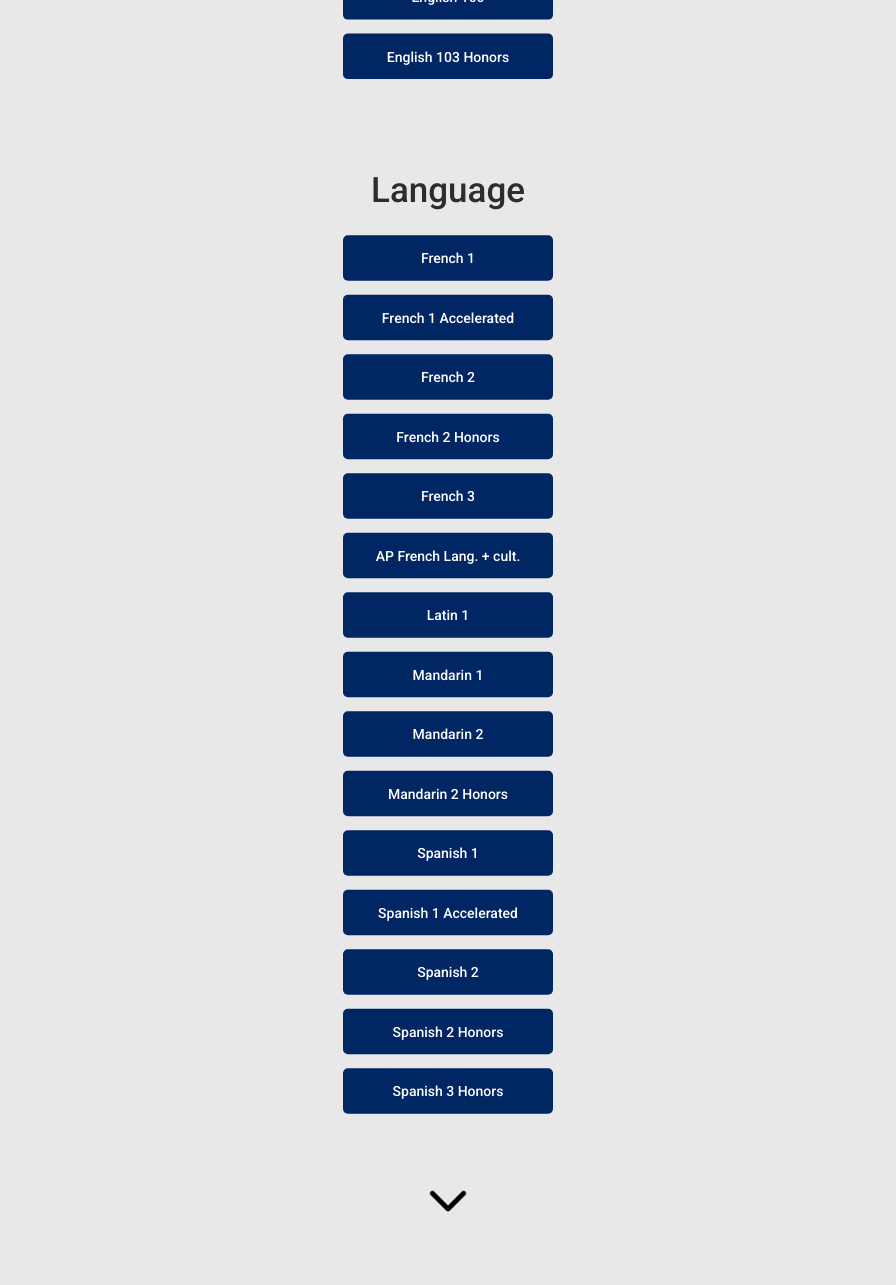
Repository: BuddyBob/si_course_selection
Page: /#/yearTwo
These files come from the project's save history. The page is drawn as it stood at one moment and after the next save; the edit follows.
The browser window is 1280 px wide. The pictures show the part of the page from y = 1070 to 2990 px (the page is 2905 px tall before and 2990 px after), at 70% of full size.
The project was rebuilt for these pictures with package versions that can differ from the ones it lists, and the page was loaded fresh each time. Also part of the build but not shown: src/components/CurrentYear.js, src/getLocalStorage.js, src/Home.js, src/components/AllYears/YearFour.js, src/components/AllYears/YearOne.js, src/components/AllYears/YearThree.js.

Above is the page before, as saved 2023-01-04 10:51:12.

### public/index.html
<!DOCTYPE html>
<html lang="en">
  <head>
    <meta charset="utf-8" />
    <link rel="icon" href="%PUBLIC_URL%/favicon.ico" />
    <meta name="viewport" content="width=device-width, initial-scale=1" />
    <meta name="theme-color" content="#000000" />
    <meta
      name="description"
      content="Web site created using create-react-app"
    />
    <link rel="apple-touch-icon" href="%PUBLIC_URL%/logo192.png" />
    <link rel="manifest" href="%PUBLIC_URL%/manifest.json" />

    <link rel="preconnect" href="https://fonts.googleapis.com">
    <link rel="preconnect" href="https://fonts.gstatic.com" crossorigin>
    <link href="https://fonts.googleapis.com/css2?family=Open+Sans:wght@300;400&family=Roboto:wght@500&display=swap" rel="stylesheet">
    <title>React App</title>
  </head>
  <body>
    <noscript>You need to enable JavaScript to run this app.</noscript>
    <div id="root"></div>

  </body>
</html>

### src/index.js
import App from './App';
import React from 'react';
import ReactDOM from 'react-dom';
import { HashRouter as Router } from 'react-router-dom';

ReactDOM.render(<Router>< App /></Router>, document.getElementById("root"));

### src/App.js
import './index.css'

import {
    Route,
    Routes,
} from "react-router-dom";

import CurrentYear from "./components/CurrentYear";
import Home from "./Home";
import YearFour from "./components/AllYears/YearFour";
import YearOne from "./components/AllYears/YearOne";
import YearThree from "./components/AllYears/YearThree";
import YearTwo from "./components/AllYears/YearTwo";

export default function App() {
    return (
          <Routes>
            <Route  exact path='/' element={<Home/>} />
            <Route  exact path='/currentYear' element={<CurrentYear/>} />
            <Route  exact path='/yearOne' element={<YearOne/>} />
            <Route  exact path='/yearTwo' element={<YearTwo/>} />
            <Route  exact path='/yearThree' element={<YearThree/>} />
            <Route  exact path='/yearFour' element={<YearFour/>} />
          </Routes>
    );
  }

### src/index.css
:root {
  --background:#e8e8e8;
  --main:#002664;
  --secondary:#A61930;
  --highlight:#2D2D2D;
  --text:#2D2D2D;
}

*{
  padding: 0;
  margin: 0;
  box-sizing: border-box;
  cursor: default;
  font-family: 'Open Sans', sans-serif;
  font-family: 'Roboto', sans-serif;
}

body{
  background: var(--background);
  overflow-x: hidden;
}


.main-container{
/* center */
  display: flex;
  flex-direction: column;
  justify-content: center;
  align-items: center;
  width: 100%;
  height: 100%;
  margin: auto;
}

.sub-container{
  display: flex;
  flex-direction: row;
}



.title{
  font-style: normal;
  font-size: 90px;
  color: var(--secondary);
  font-weight: 500px;
  /* center text to page; */
  margin: auto;
  width: 50%;
  text-align: center;
  position: relative;
  top: 100px;


}

@media screen and (max-width: 1150px) {
  .sub-container{
    flex-direction: column;
  }
  .title{
    font-size: 60px;
    width: 80%;
    text-align: center;
  }

}

select {
  border: #002664 1px solid;
  border-radius: 7px;
  background: #002664;
  width: 300px;
  height: 80px;/*Width of select dropdown to give space for arrow image*/
  color: #FFF;
  text-align: center;
  font-size: 25px;
  font-weight: 20px;
  margin: 200px;;

}




.pg1dd{
  display: flex;
  flex-direction: column;
  justify-content: center;
  align-items: center;
  width: 100%;
  height: 100%;
  margin: auto;
  position: relative;
  top: 200px;

}



.arrow1{

  /* center content */
  display: flex;
  flex-direction: column;
  justify-content: center;
  align-items: center;
  position: relative;
  top: 100px

}


.arrow1:hover{
  animation: arrow1 1s infinite;
  color: var(--secondary);
  cursor: pointer;
}

.bounce {
  animation: bounce 3s infinite;
}

@keyframes bounce {
  0%, 20%, 50%, 80%, 100% {
      -moz-transform: translateY(0);
      -ms-transform: translateY(0);
      -webkit-transform: translateY(0);
      transform: translateY(0);
    }
    40% {
      -moz-transform: translateY(-10px);
      -ms-transform: translateY(-10px);
      -webkit-transform: translateY(-10px);
      transform: translateY(-10px);
    }
    40% {
      -moz-transform: translateY(-30px);
      -ms-transform: translateY(-30px);
      -webkit-transform: translateY(-30px);
      transform: translateY(-30px);
    }
    60% {
      -moz-transform: translateY(-15px);
      -ms-transform: translateY(-15px);
      -webkit-transform: translateY(-15px);
      transform: translateY(-15px);
    }
}

### src/components/AllYears/YearTwo.js
import '../courseSelection.css'

import React, {useEffect, useState} from 'react'

import arrow from '../../assets/Arrow 5.png'
import courseData from '../../assets/courses.json'
import { useNavigate } from "react-router-dom";

export default function Yeartwo() {
  let navigate = useNavigate();
  const [grade, setGrade] = useState(localStorage.getItem('grade'));
  let grades = Object.keys(courseData)
  let nextGrade = grades[Object.keys(courseData).indexOf(grade)+1]
  let subjects = courseData[nextGrade].subjects
  let courses = courseData[nextGrade].classes



function courseSelect(e) {
  let userCourse = e.target.innerHTML
  let userSubject = e.target.value


}

function nextPage() {
    //make sure not a senior
  if (grade !== "Junior"){
    navigate("/yearthree");
  }
  else{
    navigate("/ThisIsTheResultsPage");
  }
}

    return (
    <div>
        <div className="Headers">
          <div className="Nav">
            <h1 className="navCourseSelect" >SI COURSE SELECTION</h1>
          </div>
          <h1 className="titleCourseSelect" >All Years - {nextGrade} </h1>
        </div>


        <div className="courseSelect">
          {subjects.map((subject, index) => (
            <div key={index}>
              <h2 className="subject">{subject}</h2>
              <div className="courses">
              {courses[subject].map((course, index) => (
                <div key={index}>
                    <button value={subject} className="course_btn" onClick={(e) => courseSelect(e)}>{course}</button>
                </div>
              ))}
              </div>
            </div>
          ))}
            <input type="image" src={arrow} alt="arrow2" className="arrow2 bounce2" onClick={() => nextPage()}/>
        </div>

    </div>
  )
}

### src/components/courseSelection.css
:root {
    --background:#e8e8e8;
    --main:#002664;
    --secondary:#A61930;
    --highlight:#2D2D2D;
    --text:#2D2D2D;
  }

.Nav{
  background-color: var(--secondary);
  padding: 30px;
}
.navCourseSelect{
  color: var(--background);
  font-weight: 100px;

}
.titleCourseSelect{
    font-style: normal;
    font-size: 70px;
    font-weight: 400;
    color: var(--secondary);

    /* center text to page; */
    margin: auto;
    width: 40%;
    text-align: center;

    position: relative;
    top: 100px;


}

@media screen and (max-width: 900px) {
  .titleCourseSelect{
    font-size: 50px;
    width: 80%;
  }
  .navCourseSelect{
    /* center text */
    margin: auto;
    width: 80%;
    text-align: center;

  }
}




.courseSelect{
    position: relative;
    top: 200px;
    margin: auto;
    text-align: center;
}
.subject{
    color: var(--text);
    margin: auto;
    text-align: center;
    font-size: 50px;
    font-weight:200;
    padding-top: 20px;

  }

  .courses{
    position: relative;
    margin-bottom: 100px;
    margin-top:25px;

  }

.course_btn{
    border: #002664 0px solid;
    border-radius: 7px;
    background: #002664;
    width: 300px;
    height: 65px;/*Width of select dropdown to give space for arrow image*/
    color: #FFF;
    text-align: center;
    font-size: 20px;
    font-weight: 30px;
    margin: 10px;
}

.course_btn:hover{
    background: var(--secondary);
    color: #FFF;
    cursor: pointer;
}

.course_btn_selected{
  background: #A61930;
  color: #FFF;
  cursor: pointer;
}

.arrow2{
  justify-content: center;
  align-items: center;
  position: relative;
  top: 0px;
  right: 0%;
  margin-bottom:100px;
}


.arrow2:hover{
  animation: arrow1 1s infinite;
  color: var(--secondary);
  cursor: pointer;
}

.bounce2 {
  animation: bounce 3s infinite;
}

@keyframes bounce2 {
  0%, 20%, 50%, 80%, 100% {
      -moz-transform: translateY(0);
      -ms-transform: translateY(0);
      -webkit-transform: translateY(0);
      transform: translateY(0);
    }
    40% {
      -moz-transform: translateY(-10px);
      -ms-transform: translateY(-10px);
      -webkit-transform: translateY(-10px);
      transform: translateY(-10px);
    }
    40% {
      -moz-transform: translateY(-30px);
      -ms-transform: translateY(-30px);
      -webkit-transform: translateY(-30px);
      transform: translateY(-30px);
    }
    60% {
      -moz-transform: translateY(-15px);
      -ms-transform: translateY(-15px);
      -webkit-transform: translateY(-15px);
      transform: translateY(-15px);
    }
}

### src/assets/courses.json
{
    "Freshman":{
        "subjects":[
            "Math",
            "English",
            "Language"
        ]
        ,
        "classes":{
            "Math":[
                "Algebra 1",
                "Algebra 1 Acc",
                "Algebra 2 Honors"
            ],
            "English":[
                "English 100",
                "English 103 Honors"
            ],
            "Language":[
                "French 1",
                "French 1 Accelerated",
                "French 2",
                "French 2 Honors",
                "French 3",
                "AP French Lang. + cult.",
                "Latin 1",
                "Mandarin 1",
                "Mandarin 2",
                "Mandarin 2 Honors",
                "Spanish 1",
                "Spanish 1 Accelerated",
                "Spanish 2",
                "Spanish 2 Honors",
                "Spanish 3 Honors"
            ]

        }
    },
    "Sophomore":{
        "subjects":[
            "Math",
            "English",
            "Language"
        ]
        ,
        "classes":{
            "Math":[
                "Geometry",
                "Geometry Accelerated",
                "Geometry Honors"
            ],
            "English":[
                "English 200",
                "English 203 Honors"
            ],
            "Language":[
                "French 1",
                "French 1 Accelerated",
                "French 2",
                "French 2 Honors",
                "French 3",
                "French 3 Honors",
                "French 4",
                "Francophone Film + Lit 1",
                "Francophone Film + Lit 2",
                "AP French Lang. + cult.",
                "Latin 1",
                "Latin 2",
                "Latin 2 Honors",
                "Latin 3: Poetry",
                "Latin 3 Honors",
                "AP Latin",
                "Mandarin 1",
                "Mandarin 2",
                "Mandarin 2 Honors",
                "Spanish 1",
                "Spanish 1 Accelerated",
                "Spanish 2",
                "Spanish 2 Honors",
                "Spanish 3 Honors"
            ]

        }
    }
    ,
    "Junior":{
        "subjects":[
            "Math",
            "English"
        ]
        ,
        "classes":{
            "Math":[
                "Algebra 2",
                "PreCalc Accelerated",
                "PreCalc Honors",
                "Intro to Finance"
            ],
            "English":[
                "English 300",
                "English 303 Honors"
            ]

        }
    },
    "Senior":{
        "subjects":[
            "Math",
            "English"
        ]
        ,
        "classes":{
            "Math":[
                "Pre Calculus",
                "Calculus",
                "AP Calculus AB",
                "*AP Calculus BC 8°",
                "AP Statistics",
                "Honors MultiVar Calc",
                "Honors Linear Algebra",
                "Math Analysis",
                "Intro to Finance"

            ],
            "English":[
                "AP English Lit and Comp",
                "English 430",
                "English 440",
                "English 420",
                "English 435",
                "English 450",
                "English 460",
                "English 473",
                "English 592",
                "English 482"
            ]

        }
    }
}

After the next save:
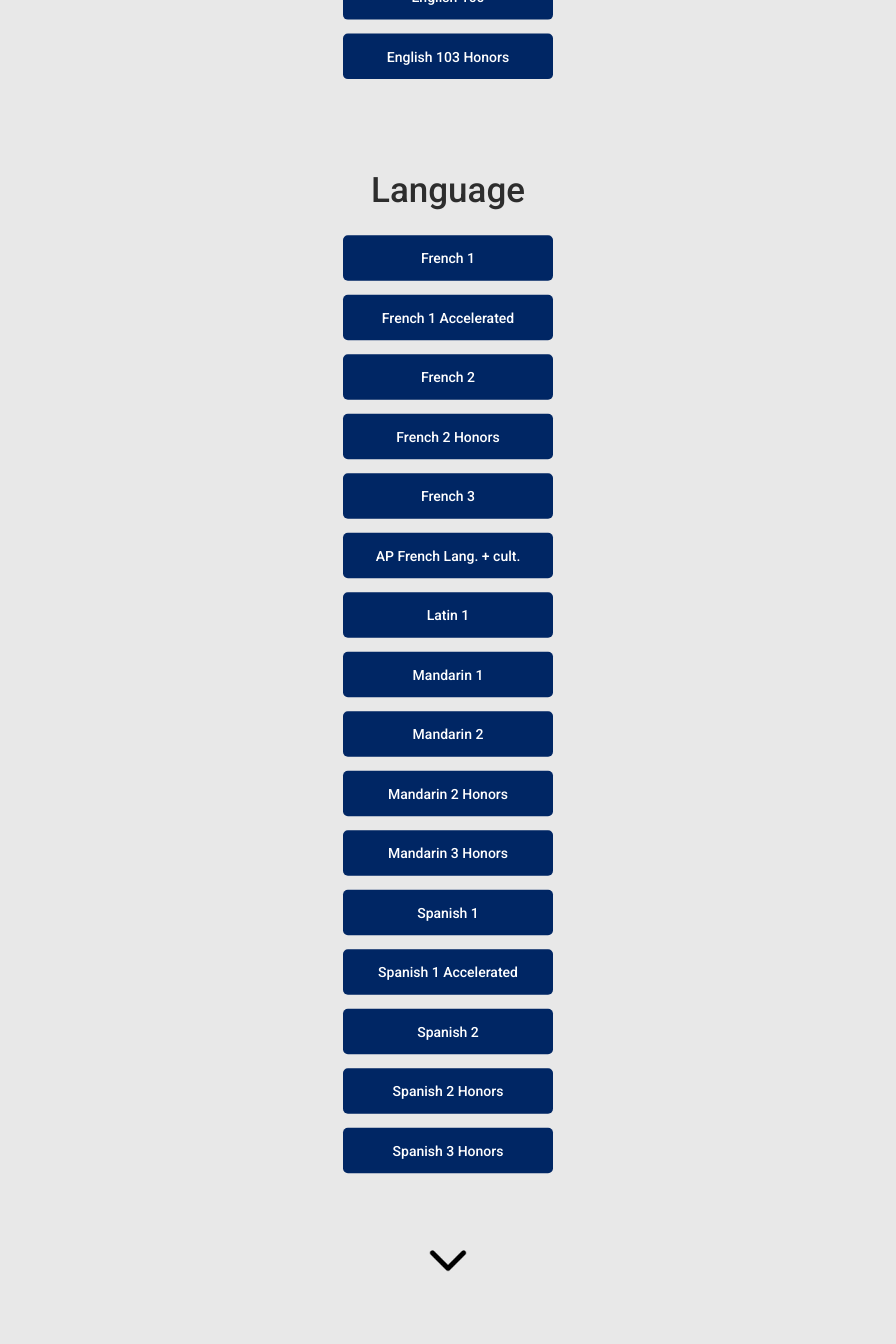
Saved 65 s later.
--- a/src/assets/courses.json
+++ b/src/assets/courses.json
@@ -27,6 +27,7 @@
                 "Mandarin 1",
                 "Mandarin 2",
                 "Mandarin 2 Honors",
+                "Mandarin 3 Honors",
                 "Spanish 1",
                 "Spanish 1 Accelerated",
                 "Spanish 2",
@@ -73,6 +74,7 @@
                 "Mandarin 1",
                 "Mandarin 2",
                 "Mandarin 2 Honors",
+                "Mandarin 3",
                 "Spanish 1",
                 "Spanish 1 Accelerated",
                 "Spanish 2",
